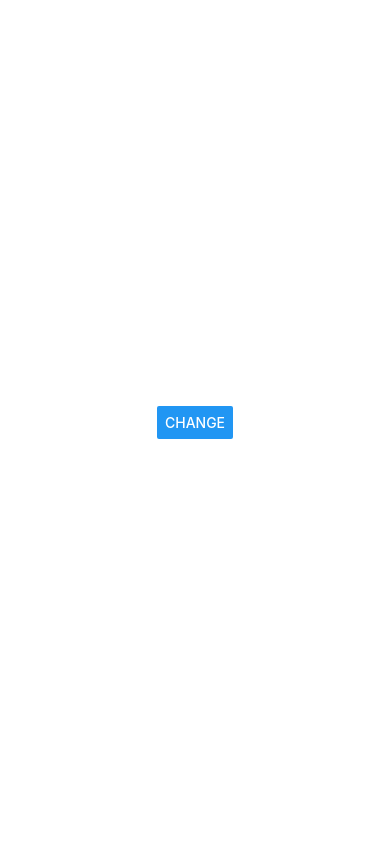
Repository: akinmiday/ReactNativeApp
Screen: /
The author's editor kept a copy of each file at every save. The screen is drawn from the files as they stood at one save, then again after the next save.
The app was drawn by React Native's web renderer in a window 390 px wide. The project was rebuilt for these pictures with package versions that can differ from the ones it lists, and the page was loaded fresh each time.

Above is the screen before, as saved 2023-08-03 07:21:16.

After the next save:
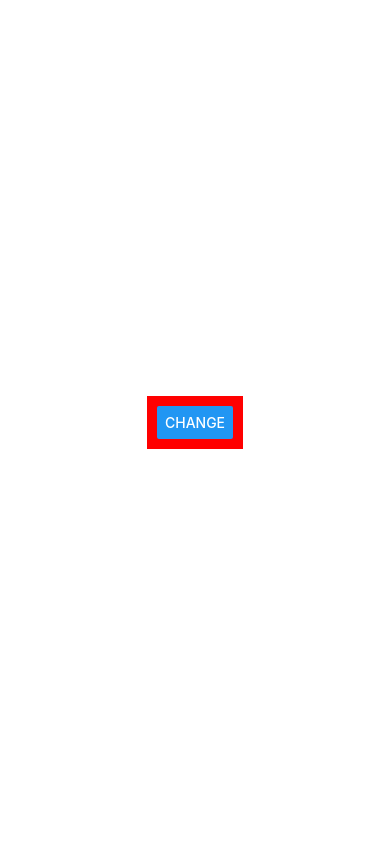
Saved 43 s later.
--- a/App.js
+++ b/App.js
@@ -23,7 +23,7 @@ const styles = StyleSheet.create({
     justifyContent: "center",
   },
   button: {
-    color: "red",
+    backgroundColor: "red",
     padding: 10,
   },
 });
